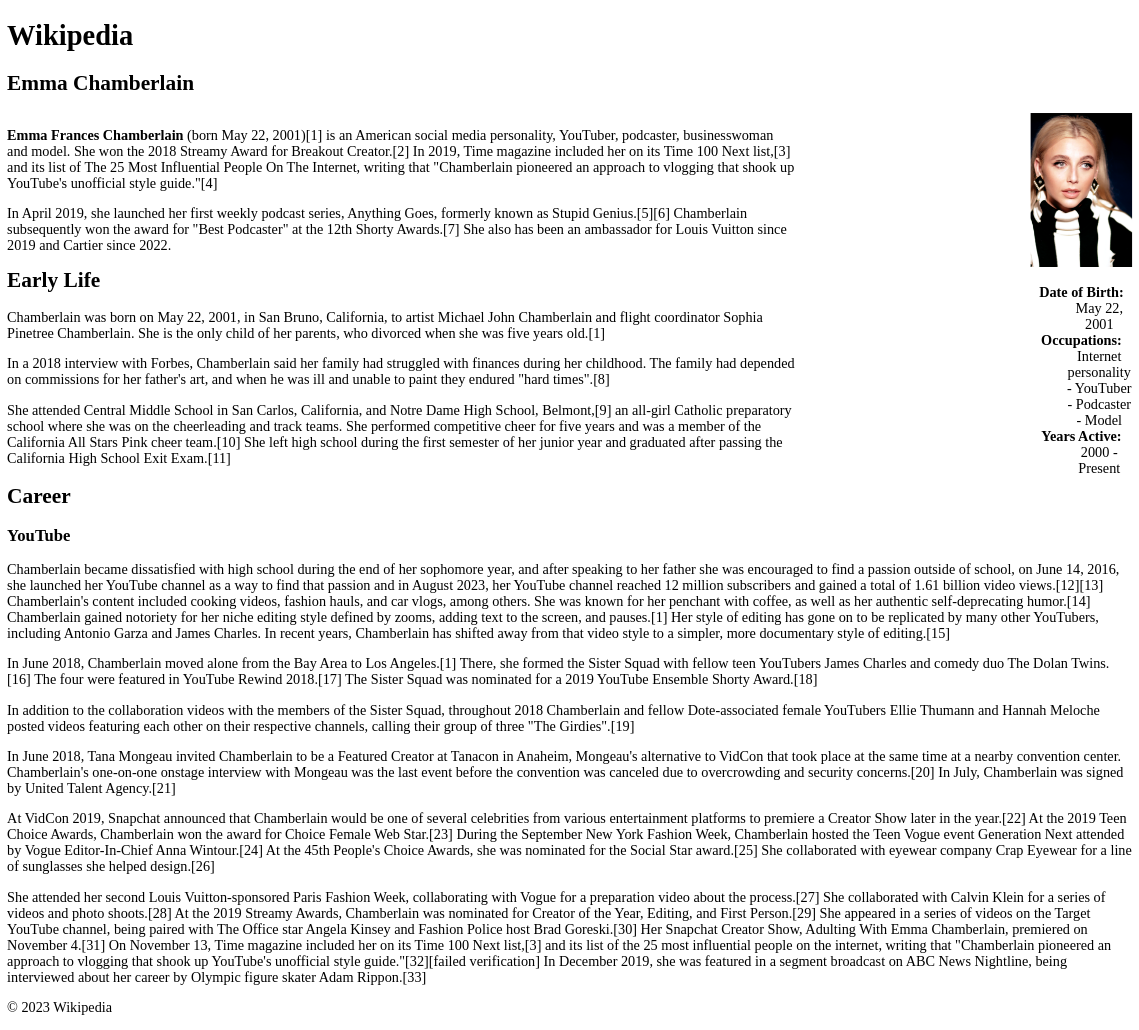
Repository: ethan-schrauf/UniversalDesignWebsite
Page: wikipedia.html
These files come from the project's save history. The page is drawn as it stood at one moment and after the next save; the edit follows.
The browser window is 1280 px wide. The pictures show the whole page, at 89% of full size.

Above is the page before, as saved 2023-09-29 22:52:31.

### wikipedia.html
<!DOCTYPE html>
<html>
<head>
    <title>Emma Chamberlain - Wikipedia</title>
    <style>
        /* Add your CSS for styling here */
        #intro {
            float: left;
            width: 70%;
        }

        #infobox {
            float: right;
            width: 30%;
            text-align: center;
        }

        #infobox img {
            max-width: 100%;
            height: auto;
        }
    </style>
</head>
<body>

<!-- Header -->
<header>
    <h1>Wikipedia</h1>
</header>

<!-- Main content -->
<main>
    <h2>Emma Chamberlain</h2>

    <!-- Intro paragraph -->
    <section id="intro">
        <p><strong>Emma Frances Chamberlain</strong> (born May 22, 2001)[1] is an American social media personality, YouTuber, podcaster, businesswoman and model. She won the 2018 Streamy Award for Breakout Creator.[2] In 2019, Time magazine included her on its Time 100 Next list,[3] and its list of The 25 Most Influential People On The Internet, writing that "Chamberlain pioneered an approach to vlogging that shook up YouTube's unofficial style guide."[4]
        </p>
        <p>In April 2019, she launched her first weekly podcast series, Anything Goes, formerly known as Stupid Genius.[5][6] Chamberlain subsequently won the award for "Best Podcaster" at the 12th Shorty Awards.[7] She also has been an ambassador for Louis Vuitton since 2019 and Cartier since 2022.</p>
    </section>

    <!-- Infobox with photo, date of birth, occupations, and years active -->
    <section id="infobox">
        <section id="infobox">
            <img src="images/emma_info_photo.png" alt="Emma Chamberlain in a black striped sweater with black and gold earrings." width="150%">
            <dl>
                <dt><b>Date of Birth:</b></dt>
                <dd>May 22, 2001</dd>

                <dt><b>Occupations:</b></dt>
                <dd>Internet personality - YouTuber - Podcaster - Model</dd>

                <dt><b>Years Active:</b></dt>
                <dd>2000 - Present</dd>
            </dl>
        </section>
    </section>

    <!-- Early life -->

    <h2>Early Life</h2>
    <p>Chamberlain was born on May 22, 2001, in San Bruno, California, to artist Michael John Chamberlain and flight coordinator Sophia Pinetree Chamberlain. She is the only child of her parents, who divorced when she was five years old.[1]</p>
    <p>In a 2018 interview with Forbes, Chamberlain said her family had struggled with finances during her childhood. The family had depended on commissions for her father's art, and when he was ill and unable to paint they endured "hard times".[8]</p>
    <p>She attended Central Middle School in San Carlos, California, and Notre Dame High School, Belmont,[9] an all-girl Catholic preparatory school where she was on the cheerleading and track teams. She performed competitive cheer for five years and was a member of the California All Stars Pink cheer team.[10] She left high school during the first semester of her junior year and graduated after passing the California High School Exit Exam.[11]</p>

    <!-- Career -->
    <h2>Career</h2>

    <!-- YouTube -->
    <h3>YouTube</h3>
    <p>Chamberlain became dissatisfied with high school during the end of her sophomore year, and after speaking to her father she was encouraged to find a passion outside of school, on June 14, 2016, she launched her YouTube channel as a way to find that passion and in August 2023, her YouTube channel reached 12 million subscribers and gained a total of 1.61 billion video views.[12][13] Chamberlain's content included cooking videos, fashion hauls, and car vlogs, among others. She was known for her penchant with coffee, as well as her authentic self-deprecating humor.[14] Chamberlain gained notoriety for her niche editing style defined by zooms, adding text to the screen, and pauses.[1] Her style of editing has gone on to be replicated by many other YouTubers, including Antonio Garza and James Charles. In recent years, Chamberlain has shifted away from that video style to a simpler, more documentary style of editing.[15]</p>
    <p>In June 2018, Chamberlain moved alone from the Bay Area to Los Angeles.[1] There, she formed the Sister Squad with fellow teen YouTubers James Charles and comedy duo The Dolan Twins.[16] The four were featured in YouTube Rewind 2018.[17] The Sister Squad was nominated for a 2019 YouTube Ensemble Shorty Award.[18]</p>
    <p>In addition to the collaboration videos with the members of the Sister Squad, throughout 2018 Chamberlain and fellow Dote-associated female YouTubers Ellie Thumann and Hannah Meloche posted videos featuring each other on their respective channels, calling their group of three "The Girdies".[19]</p>
    <p>In June 2018, Tana Mongeau invited Chamberlain to be a Featured Creator at Tanacon in Anaheim, Mongeau's alternative to VidCon that took place at the same time at a nearby convention center. Chamberlain's one-on-one onstage interview with Mongeau was the last event before the convention was canceled due to overcrowding and security concerns.[20] In July, Chamberlain was signed by United Talent Agency.[21]</p>
    <p>At VidCon 2019, Snapchat announced that Chamberlain would be one of several celebrities from various entertainment platforms to premiere a Creator Show later in the year.[22] At the 2019 Teen Choice Awards, Chamberlain won the award for Choice Female Web Star.[23] During the September New York Fashion Week, Chamberlain hosted the Teen Vogue event Generation Next attended by Vogue Editor-In-Chief Anna Wintour.[24] At the 45th People's Choice Awards, she was nominated for the Social Star award.[25] She collaborated with eyewear company Crap Eyewear for a line of sunglasses she helped design.[26]</p>
    <p>She attended her second Louis Vuitton-sponsored Paris Fashion Week, collaborating with Vogue for a preparation video about the process.[27] She collaborated with Calvin Klein for a series of videos and photo shoots.[28] At the 2019 Streamy Awards, Chamberlain was nominated for Creator of the Year, Editing, and First Person.[29] She appeared in a series of videos on the Target YouTube channel, being paired with The Office star Angela Kinsey and Fashion Police host Brad Goreski.[30] Her Snapchat Creator Show, Adulting With Emma Chamberlain, premiered on November 4.[31] On November 13, Time magazine included her on its Time 100 Next list,[3] and its list of the 25 most influential people on the internet, writing that "Chamberlain pioneered an approach to vlogging that shook up YouTube's unofficial style guide."[32][failed verification] In December 2019, she was featured in a segment broadcast on ABC News Nightline, being interviewed about her career by Olympic figure skater Adam Rippon.[33]</p>


</main>

<!-- Footer -->
<footer>
    <p>&copy; 2023 Wikipedia</p>
</footer>

</body>
</html>

After the next save:
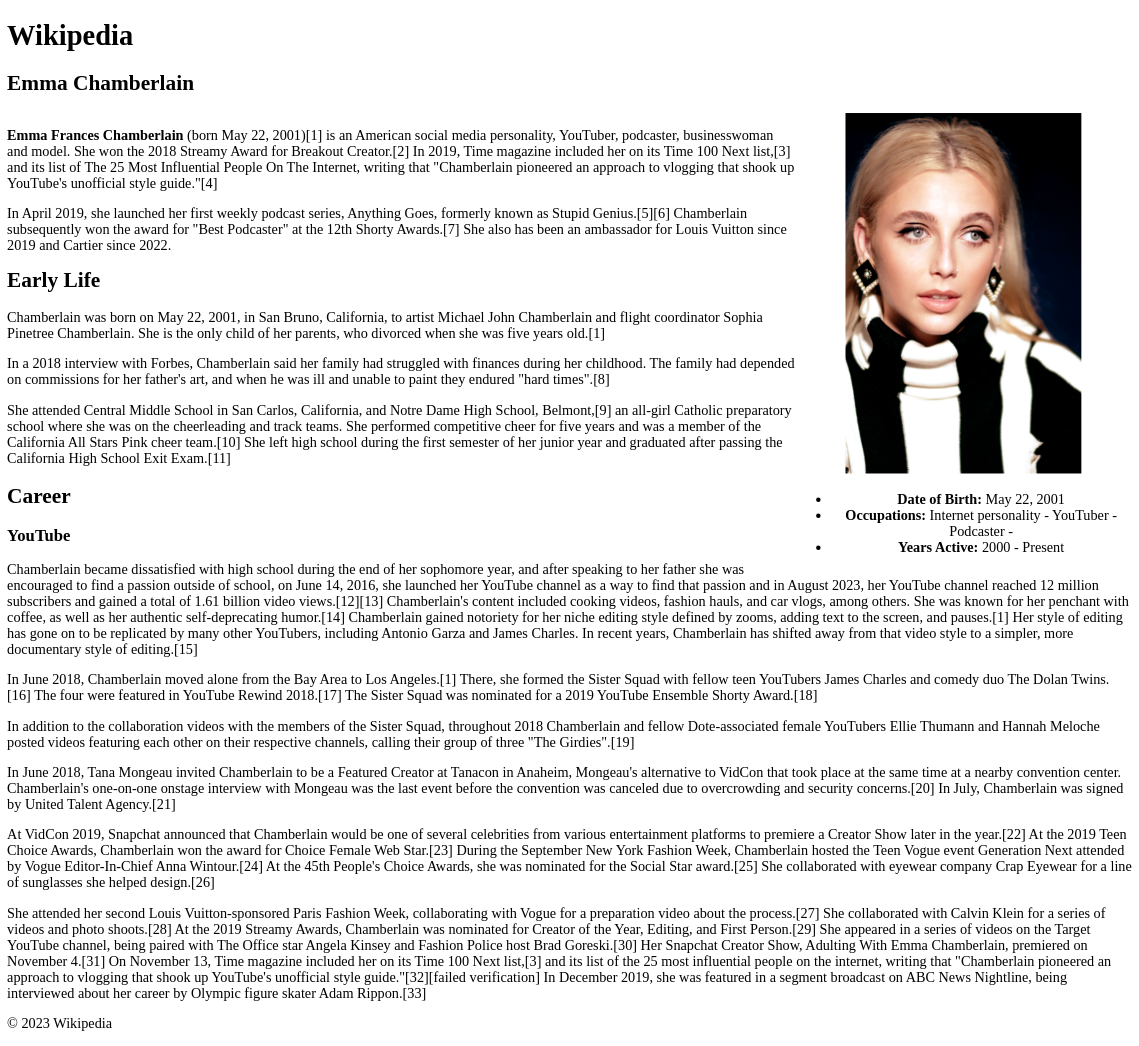
Saved 8 s later.
--- a/wikipedia.html
+++ b/wikipedia.html
@@ -41,19 +41,12 @@
 
     <!-- Infobox with photo, date of birth, occupations, and years active -->
     <section id="infobox">
-        <section id="infobox">
-            <img src="images/emma_info_photo.png" alt="Emma Chamberlain in a black striped sweater with black and gold earrings." width="150%">
-            <dl>
-                <dt><b>Date of Birth:</b></dt>
-                <dd>May 22, 2001</dd>
-
-                <dt><b>Occupations:</b></dt>
-                <dd>Internet personality - YouTuber - Podcaster - Model</dd>
-
-                <dt><b>Years Active:</b></dt>
-                <dd>2000 - Present</dd>
-            </dl>
-        </section>
+        <img src="images/emma_info_photo.png" alt="Emma Chamberlain in a black striped sweater with black and gold earrings." width="70%">
+        <ul>
+            <li><b>Date of Birth:</b> May 22, 2001</li>
+            <li><b>Occupations:</b> Internet personality - YouTuber - Podcaster -</li>
+            <li><b>Years Active:</b> 2000 - Present</li>
+        </ul>
     </section>
 
     <!-- Early life -->
